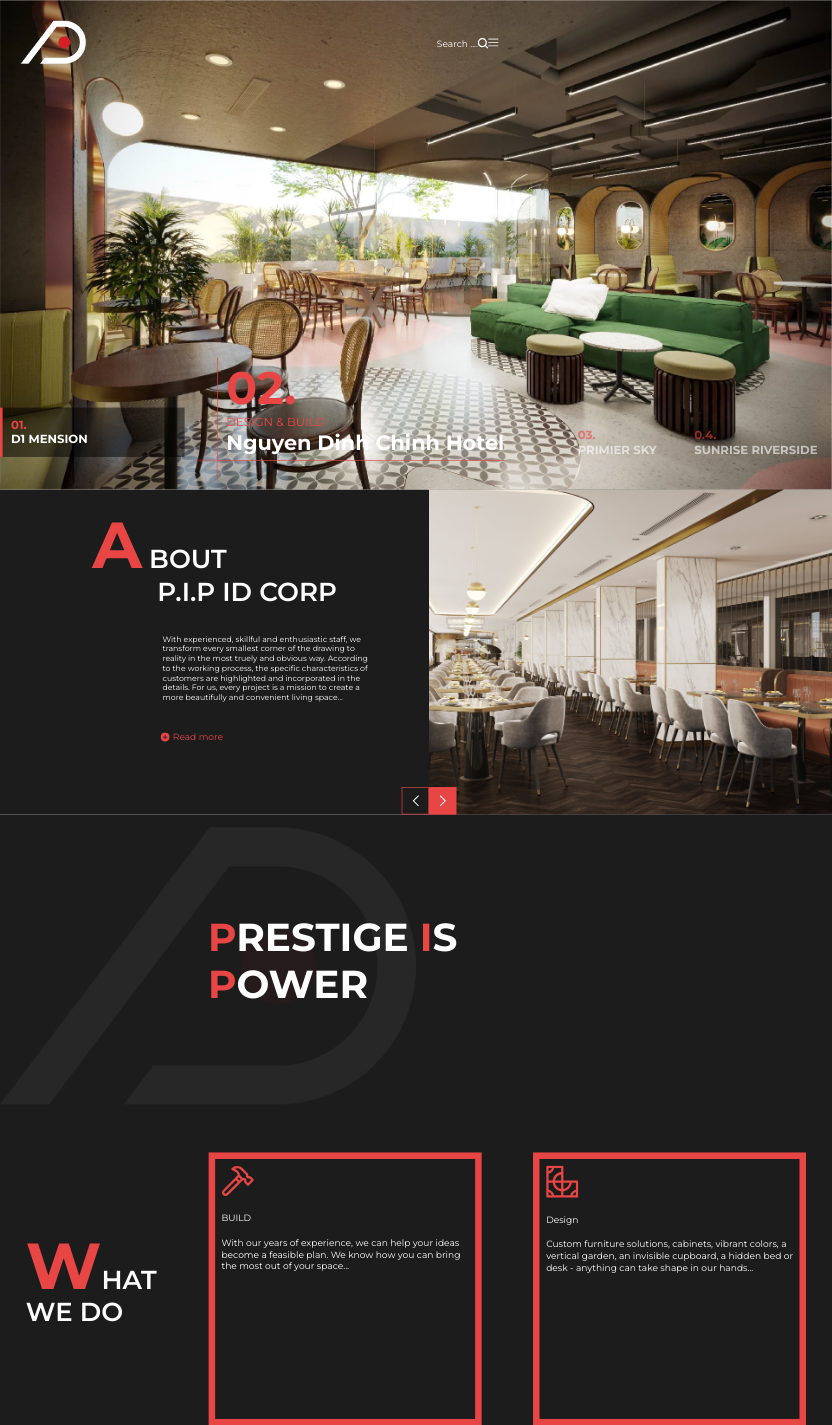
Repository: huudang2840/pipHomePage
Page: index.html
These files come from the project's save history. The page is drawn as it stood at one moment and after the next save; the edit follows.
The browser window is 1280 px wide. The pictures show the whole page, at 65% of full size.

Above is the page before, as saved 2023-03-21 15:08:33.

After the next save:
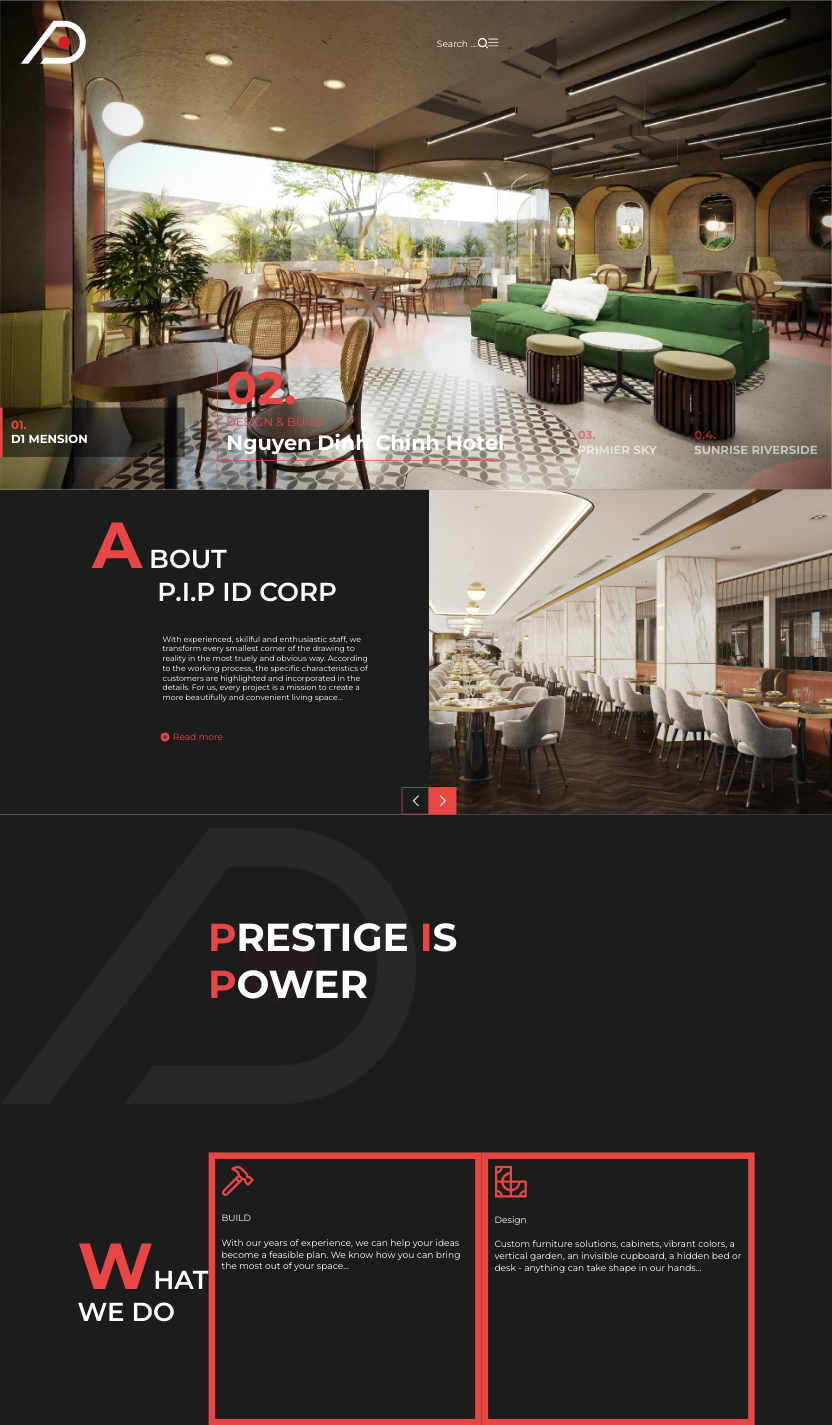
Saved 28 s later.
--- a/style/style.css
+++ b/style/style.css
@@ -269,7 +269,7 @@
 .wedo__bottom {
   display: flex;
   align-items: center;
-  justify-content: space-around;
+  justify-content: center;
   padding-top: 70px;
 }
 
